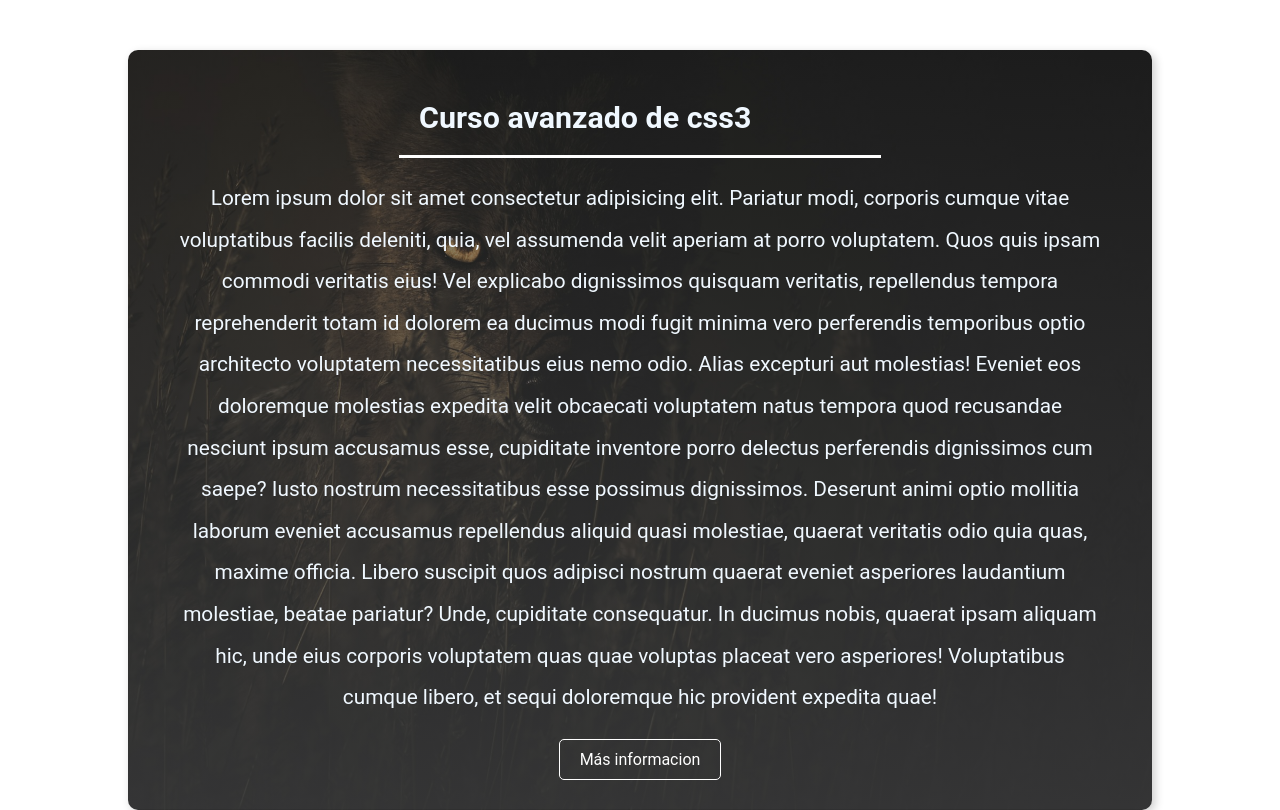
Repository: DamianBermudez94/curso-css3
Page: index.html
The author's editor kept a copy of each file at every save. The page is drawn from the files as they stood at one save, then again after the next save.
The browser window is 1280 px wide. The pictures show the whole page.

Above is the page before, as saved 2024-05-18 11:41:42.

### index.html
<!DOCTYPE html>
<html lang="es">
  <head>
    <meta charset="UTF-8" />
    <meta name="viewport" content="width=device-width, initial-scale=1.0" />
    <title>background</title>
    <link rel="stylesheet" href="./background/estilos.css" />
    <link rel="preconnect" href="https://fonts.googleapis.com" />
    <link rel="preconnect" href="https://fonts.gstatic.com" crossorigin />
    <link
      rel="preload"
      href="https://fonts.googleapis.com/css2?family=Roboto:ital,wght@0,100;0,300;0,400;0,500;0,700;0,900;1,100;1,300;1,400;1,500;1,700;1,900&display=swap"
      rel="stylesheet"
    />
  </head>
  <body>
    <div class="caja"></div>
    <article class="container-info">
      <h1 class="title-text">Curso avanzado de css3</h1>
      <p class="parrafo-info">
        Lorem ipsum dolor sit amet consectetur adipisicing elit. Pariatur modi,
        corporis cumque vitae voluptatibus facilis deleniti, quia, vel assumenda
        velit aperiam at porro voluptatem. Quos quis ipsam commodi veritatis
        eius! Vel explicabo dignissimos quisquam veritatis, repellendus tempora
        reprehenderit totam id dolorem ea ducimus modi fugit minima vero
        perferendis temporibus optio architecto voluptatem necessitatibus eius
        nemo odio. Alias excepturi aut molestias! Eveniet eos doloremque
        molestias expedita velit obcaecati voluptatem natus tempora quod
        recusandae nesciunt ipsum accusamus esse, cupiditate inventore porro
        delectus perferendis dignissimos cum saepe? Iusto nostrum necessitatibus
        esse possimus dignissimos. Deserunt animi optio mollitia laborum eveniet
        accusamus repellendus aliquid quasi molestiae, quaerat veritatis odio
        quia quas, maxime officia. Libero suscipit quos adipisci nostrum quaerat
        eveniet asperiores laudantium molestiae, beatae pariatur? Unde,
        cupiditate consequatur. In ducimus nobis, quaerat ipsam aliquam hic,
        unde eius corporis voluptatem quas quae voluptas placeat vero
        asperiores! Voluptatibus cumque libero, et sequi doloremque hic
        provident expedita quae!
      </p>
      <a href="#" class="enlace-info">Más informacion</a>
    </article>
  </body>
</html>

### background/estilos.css

*{
  padding: 0;
  margin: 0;
  box-sizing: border-box;
}
body {
  width: 100%;
  height: 100vh;
  font-family: "Roboto", sans-serif;
}
/*.caja {
  width: 50px;
  height: 50px;
  margin: 50px auto;
  background-image: url("/img/bx-cycling.svg");
  background-position: center;
  background-size: cover;
  background-repeat: no-repeat;
  transition: all .5s ease;
}
.caja:hover{
    width: 70px;
}*/
.container-info {
  background-image: linear-gradient(#22222286, #414142b6),
    url("/img/geranimo-UcBkRilVFVs-unsplash.jpg");
  background-position: center;
  background-size: cover;
  width: 80%;
  padding: 30px;
  margin: 50px auto;
  box-shadow: 3px 3px 10px rgba(1, 1, 1, 0.2);
  text-align: center;
  border-radius: 10px;
}

.title-text {
  width: 50%;
  margin: 0 auto;
  font-size: 1.9em;
  text-align: left;
  color: aliceblue;
  padding: 20px;
  font-weight: 600px;
  border-bottom: 3px solid #fff;
}
.parrafo-info {
  font-size: 1.3em;
  padding: 20px;
  color: aliceblue;
  line-height: 2;
}
.enlace-info {
  display: inline-block;
  text-align: center;
  text-decoration: none;
  color: #fff;
  margin: 0 auto;
  padding: 10px 20px;
  border: 1px solid rgb(255, 255, 255);
  border-radius: 5px;
  transition: background 0.3s ease-in;
}
.enlace-info:hover {
  background-color: rgb(25, 0, 255);
  border: none;
}

After the next save:
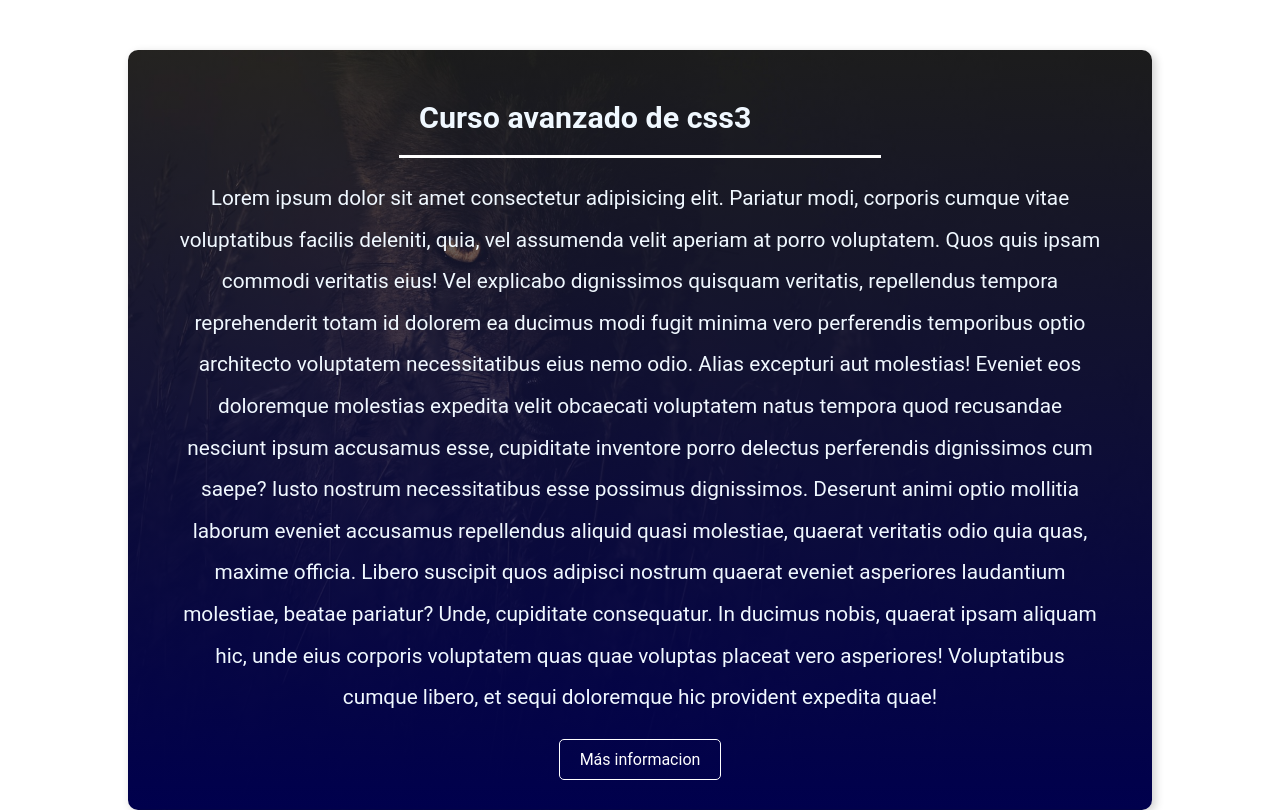
Saved 9 s later.
--- a/background/estilos.css
+++ b/background/estilos.css
@@ -23,7 +23,7 @@ body {
     width: 70px;
 }*/
 .container-info {
-  background-image: linear-gradient(#22222286, #414142b6),
+  background-image: linear-gradient(#22222286, #00004d),
     url("/img/geranimo-UcBkRilVFVs-unsplash.jpg");
   background-position: center;
   background-size: cover;
